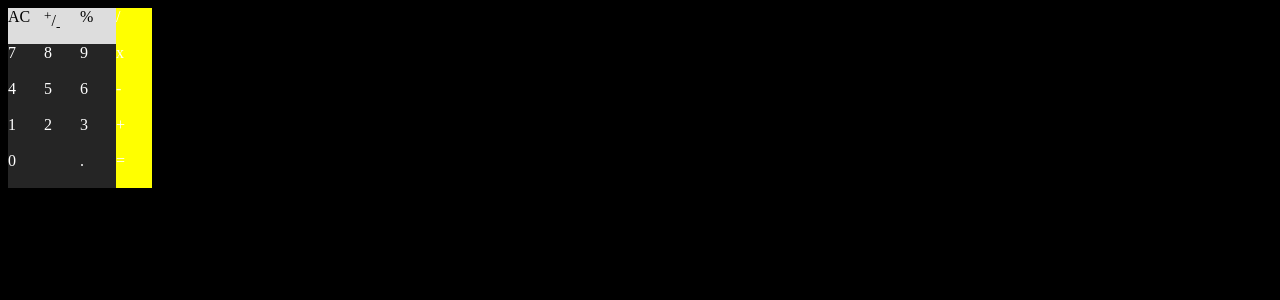
Repository: bombiux/calculadoraJS
Page: index.html
These files come from the project's save history. The page is drawn as it stood at one moment and after the next save; the edit follows.
The browser window is 1280 px wide. The pictures show the whole page.

Above is the page before, as saved 2020-08-08 18:30:07.

### index.html
<!DOCTYPE html>
<html lang="en">
<head>
    <meta charset="UTF-8">
    <meta name="viewport" content="width=device-width, initial-scale=1.0">
    <title>Document</title>
    <link rel="stylesheet" href="style.css">
</head>
<body>
    <div class="calculator">
        <div>
            <div class="special">AC</div>
            <div class="special"><sup>+</sup>/<sub>-</sub></div>
            <div class="special">%</div>
            <div class="operator">/</div>
        </div>
        <div>
            <div class="numbers">7</div>
            <div class="numbers">8</div>
            <div class="numbers">9</div>
            <div class="operator">x</div>
        </div>
        <div>
            <div class="numbers">4</div>
            <div class="numbers">5</div>
            <div class="numbers">6</div>
            <div class="operator">-</div>
        </div>
        <div>
            <div class="numbers">1</div>
            <div class="numbers">2</div>
            <div class="numbers">3</div>
            <div class="operator">+</div>
        </div>
        <div>
            <div class="numbers cero">0</div>
            <div class="numbers">.</div>
            <div class="operator">=</div>
        </div>
    </div>
</body>
</html>

### style.css
body {
    background: black;
}

.calculator {
    display: flex;
    flex-direction: column;
}

.calculator > div {
    display: flex;
}

.calculator > div > div {
    width: 5vh;
    height: 5vh;
}

.calculator > div > .cero {
    width: 10vh
}

.special {
    background-color: rgb(221, 221, 221)
}

.numbers {
    background-color: rgb(37, 37, 37);
    color: white;
}

.operator {
    background: yellow;
    color: white;
}

After the next save:
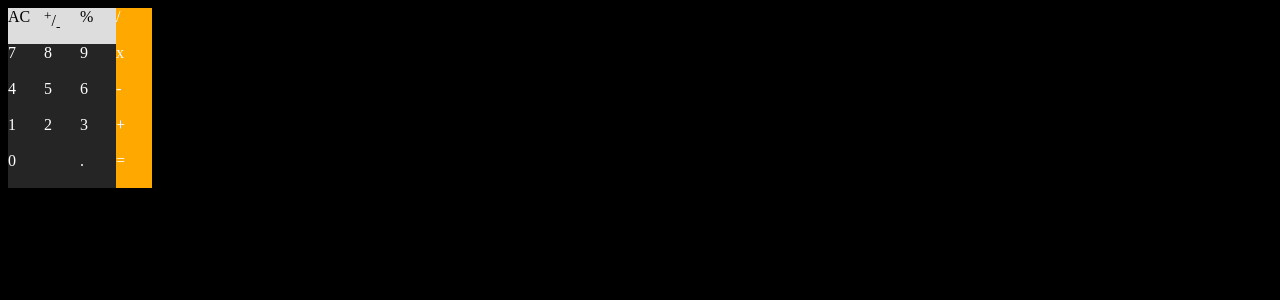
Saved 76 s later.
--- a/style.css
+++ b/style.css
@@ -30,6 +30,6 @@ body {
 }
 
 .operator {
-    background: yellow;
+    background: #ffa800;
     color: white;
 }
